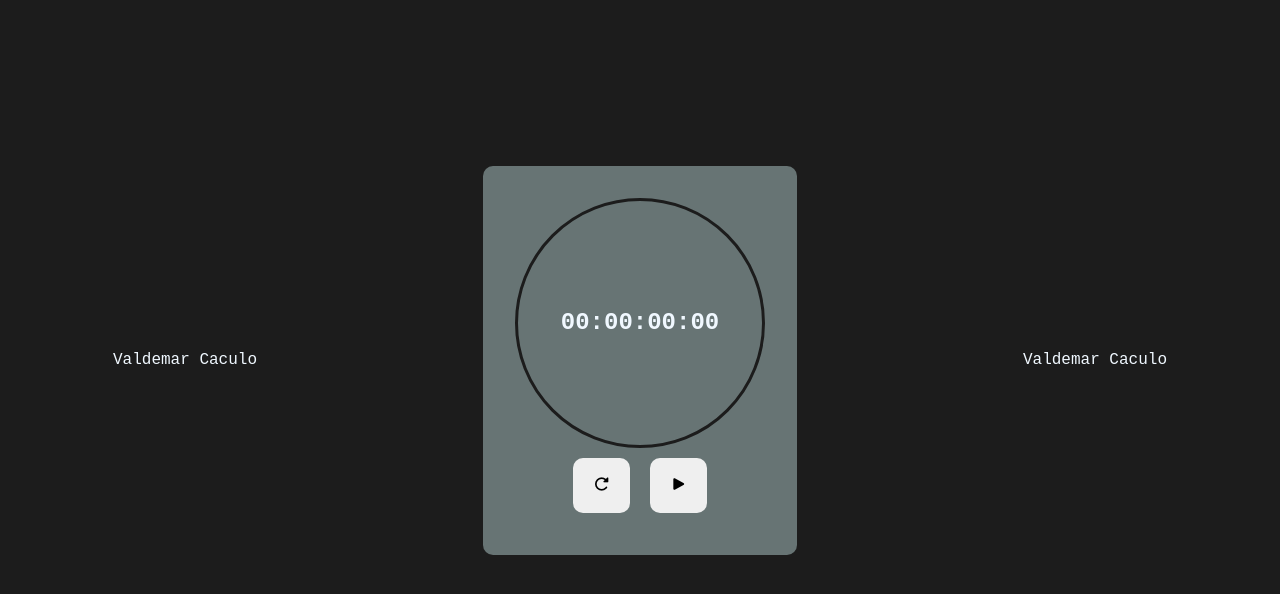
Repository: ValdemarCaculo/TEMPORIZADOR
Page: index.html
An editor plug-in stored every save of this project. The page is shown before and after a run of saves, followed by the edit.
The browser window is 1280 px wide. The pictures show the whole page.
Some web libraries are served in a nearby version.

Above is the page before, as saved 2025-12-06 15:35:28.

After the next 5 saves:
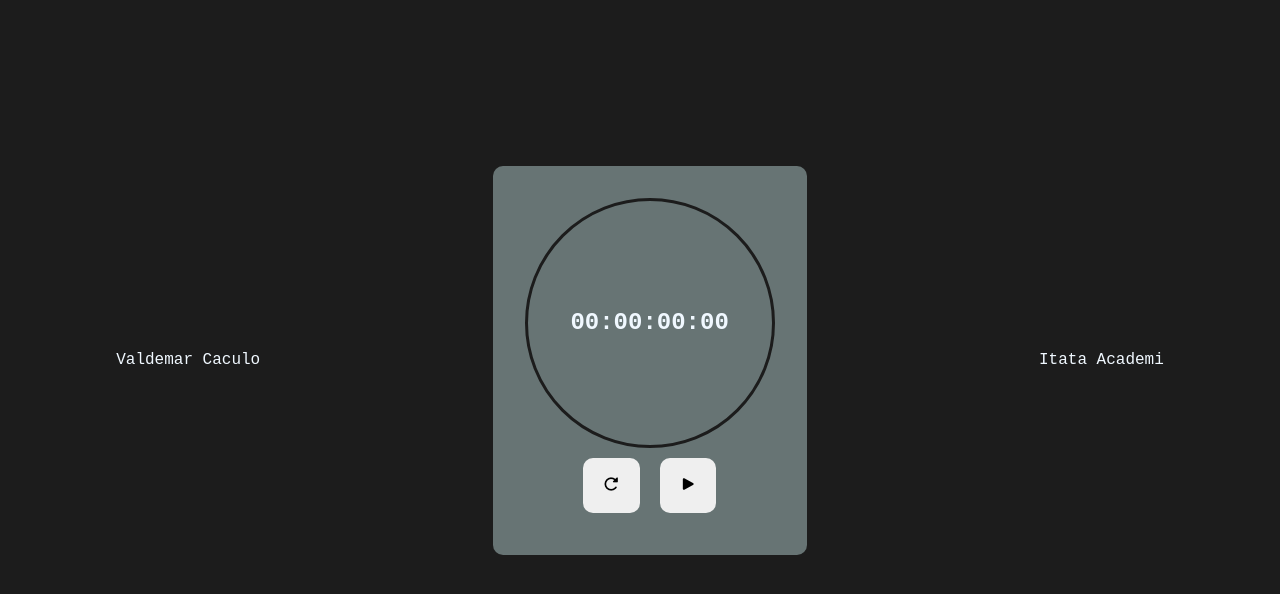
The 5 saves are shown as one change because they came seconds apart.
The last was saved 52 s later.
--- a/index.html
+++ b/index.html
@@ -28,7 +28,7 @@
 
         </div>
     </div>
-    <p>Valdemar Caculo</p>
+    <p>Itata Academi</p>
 
 
 
